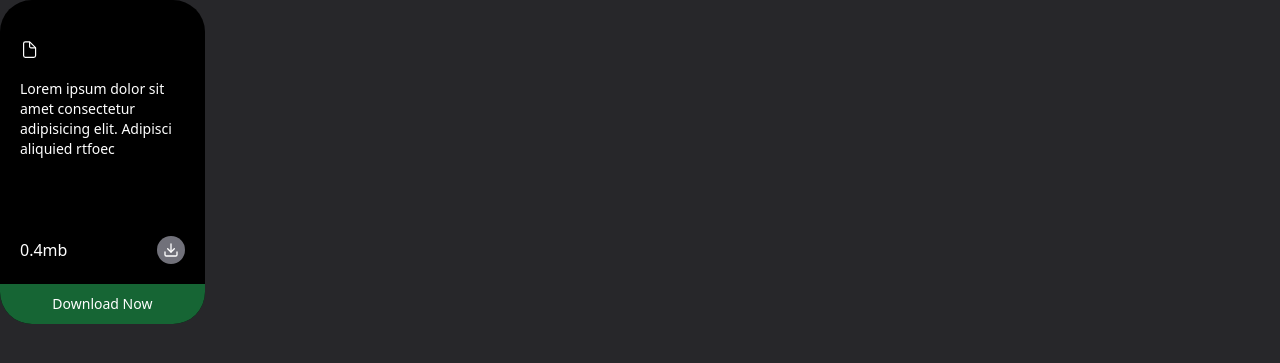
Repository: SharonSebastian32/dragable_cards
Page: /
The author's editor kept a copy of each file at every save. The page is drawn from the files as they stood at one save, then again after a run of saves.
The browser window is 1280 px wide. The pictures show the whole page.
The project was rebuilt for these pictures with package versions that can differ from the ones it lists, and the page was loaded fresh each time. Also part of the build but not shown: vite.config.js.

Above is the page before, as saved 2024-08-21 10:35:23.

### src/App.jsx
import Background from "./Components/Background";
import Foreground from "./Components/Foreground";

const App = () => {
  return (
    <div className="w-full h-screen bg-zinc-800 relative">
      <Background />
      <Foreground/>
    </div>
  );
};
export default App;

### src/Components/Background.jsx
const Background = () => {
  return <div className="w-full h-full fixed z-[2]"> </div>;
};

export default Background;

### src/Components/Foreground.jsx
import Card from "./Card";

const Foreground = () => {
    const data = [

    ]
  return (
    <div className="w-full h-full fixed top-0 left-0 z-[3]">
      <Card />
    </div>
  );
};

export default Foreground;

### src/Components/Card.jsx
import { IoDocumentOutline } from "react-icons/io5";
import { LuDownload } from "react-icons/lu";
const Card = () => {
  return (
    <div className="w-[16vw] h-[45vh] rounded-[2rem] text-white px-5 py-10 bg-black relative overflow-hidden">
      <IoDocumentOutline size="1.2em" />
      <p className="text-sm font-medium mt-5">
        Lorem ipsum dolor sit amet consectetur adipisicing elit. Adipisci
        aliquied rtfoec{" "}
      </p>
      {/* footer   */}
      <div className="footer  absolute bottom-0 left-0 w-full h-15  ">
        <div className="flex items-center justify-between p-5">
          <h5>0.4mb</h5>
          <span className="w-7 h-7 bg-zinc-500 rounded-full flex items-center justify-center cursor-pointer">
            <LuDownload />{" "}
          </span>
        </div>{" "}
        <div className="w-full h-10 bg-green-800 flex items-center justify-center cursor-pointer ">
          <h2 className=" text-sm font-medium"> Download Now </h2>
        </div>
      </div>
    </div>
  );
};

export default Card;

Loaded but not shown: index.html (common file); src/main.jsx (common file); src/index.css (common file); tailwind.config.js (common file)

After the next 2 saves:
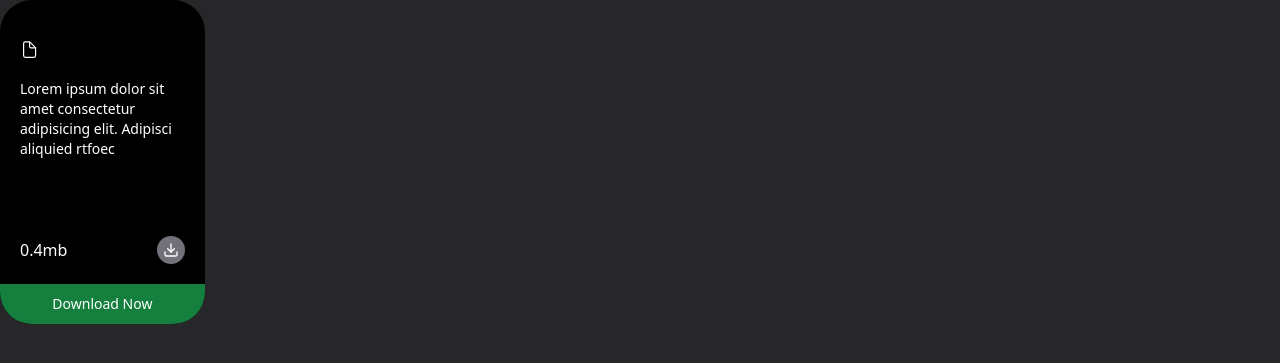
The 2 saves are shown as one change because they came seconds apart.
The last was saved 8 s later.
--- a/src/Components/Card.jsx
+++ b/src/Components/Card.jsx
@@ -16,7 +16,7 @@ const Card = () => {
             <LuDownload />{" "}
           </span>
         </div>{" "}
-        <div className="w-full h-10 bg-green-800 flex items-center justify-center cursor-pointer ">
+        <div className="w-full h-10 bg-green-700 flex items-center justify-center cursor-pointer ">
           <h2 className=" text-sm font-medium"> Download Now </h2>
         </div>
       </div>
